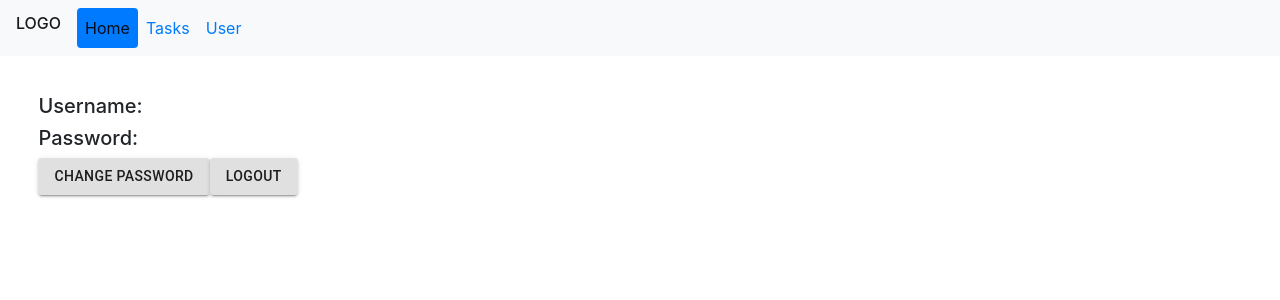
Repository: lalji-yadav/Nimapinfotech-demo-project
Page: /user
The author's editor kept a copy of each file at every save. The page is drawn from the files as they stood at one save, then again after the next save.
The browser window is 1280 px wide. The pictures show the whole page.
The project was rebuilt for these pictures with package versions that can differ from the ones it lists, and the page was loaded fresh each time. Also part of the build but not shown: src/components/Home.js, src/components/Tasks.js, src/components/Login.js.

Above is the page before, as saved 2021-01-17 19:32:02.

### src/App.js
// import './App.css';
import Navbar from "./components/Navbars";
import Login from "./components/Login";


function App() {
  return (
    <div>

    {/* <Login /> */}
    <Navbar />
    </div>
  );
}

export default App;

### src/components/Navbars.js
import React from 'react';
import { Navbar,Nav,NavDropdown,Form,FormControl ,Button } from 'react-bootstrap';
import {
  BrowserRouter as Router,
  Switch,
  Route,
  Link
} from "react-router-dom";

import Home from "./Home";
import Tasks from "./Tasks";
import User from "./Users";
import Login from "./Login";


const Navbars=()=> {
        return (
            <div>

              <Router>
                  <Navbar bg="light" expand="lg">
                      <Navbar.Brand> <h6>LOGO</h6></Navbar.Brand>
                      <Navbar.Toggle aria-controls="basic-navbar-nav" />
                      <Navbar.Collapse id="basic-navbar-nav">
                      <Nav variant="pills" defaultActiveKey="/">
                        <Nav.Item>
                          <Nav.Link href="/">Home </Nav.Link>
                        </Nav.Item>
                        <Nav.Item>
                          <Nav.Link eventKey="link-1"> <Link to="/tasks"> Tasks </Link> </Nav.Link>
                        </Nav.Item>
                        <Nav.Item>
                          <Nav.Link eventKey="link-2">
                          <Link to="/user"> User </Link>
                          </Nav.Link>
                        </Nav.Item>
                      </Nav>
                      </Navbar.Collapse>
                    </Navbar>


                    <Switch>
                      <Route exact path="/" component={Home} />

                      <Route exact path="/user" component={User} />

                      <Route exact path="/tasks" component={Tasks} />

                      <Route exact path="/login" component={Login} />

                    </Switch>
             </Router>

            </div>
        );
    }

export default Navbars;

### src/components/Users.js
import React from 'react';
import { TableBody,Button } from "@material-ui/core";

const User=()=> {

        return (
            <div style={{padding:"3%"}}>
                <div className="row" c>
                    <div className="col-sm-5">
                        <h5>Username:</h5> <span> </span>
                        <h5>Password:</h5> <span> </span>
                    </div>
                </div>

                <div className="row">
                    <div className="col-sm-4">
                    <Button variant="contained">Change password</Button>
                    <Button variant="contained">Logout</Button>
                    </div>

                </div>
            </div>
        );
    }

export default User;

### src/App.css
.scroll-tab {
    height: 55vh;
    margin: 3% 3% 5% 3%;
    overflow-y: scroll;
    border: "1px solid red";
}
::-webkit-scrollbar{
    width: 12px;
    height: 12px;
}
::-webkit-scrollbar-track {
    box-shadow: inset 0 0 10px #4A4A4A;
    border-radius: 10px;
    }

    ::-webkit-scrollbar-thumb {
    border-radius: 10px;
    background: #4A4A4A;
}

Loaded but not shown: public/index.html (common file); src/index.js (common file); src/index.css (common file); src/reportWebVitals.js (common file)

After the next save:
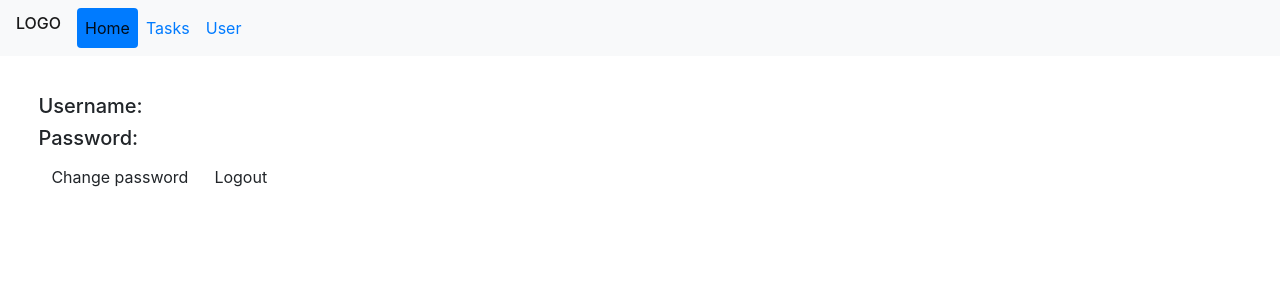
Saved 2 min 15 s later.
--- a/src/components/Users.js
+++ b/src/components/Users.js
@@ -1,5 +1,6 @@
 import React from 'react';
-import { TableBody,Button } from "@material-ui/core";
+import {Button} from 'react-bootstrap';
+// import { TableBody,Button } from "@material-ui/core";
 
 const User=()=> {
 
